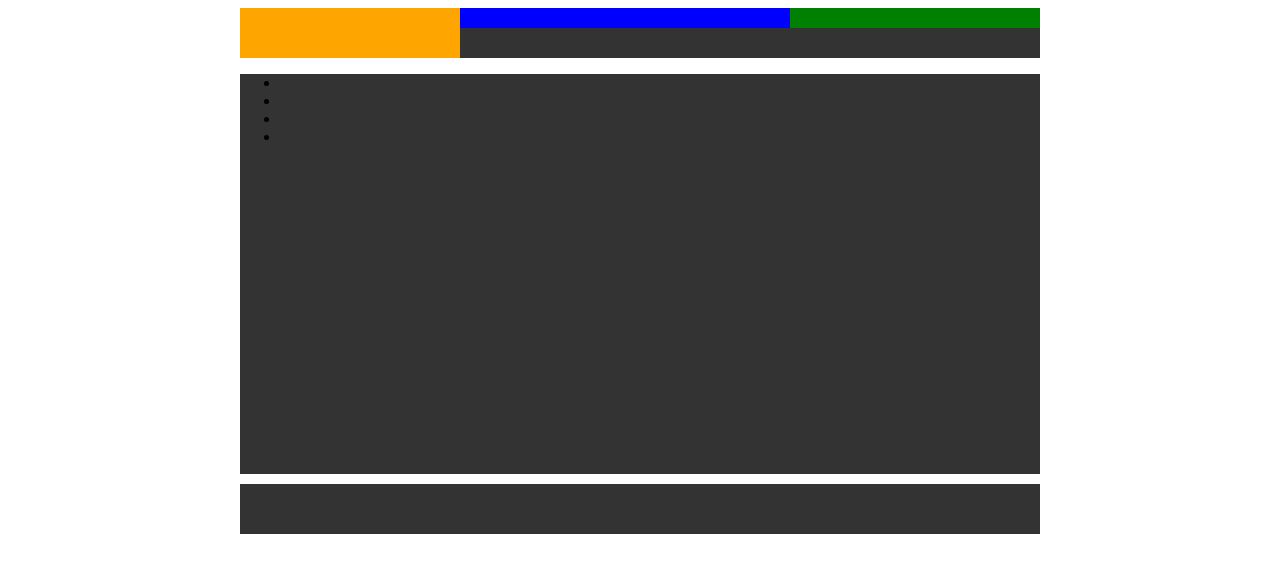
Repository: Tdaine/node
Page: css/code/floatWebLayout.html
An editor plug-in stored every save of this project. The page is shown before and after the next save, followed by the edit.
The browser window is 1280 px wide. The pictures show the whole page.

Above is the page before, as saved 2021-04-28 15:35:40.

### css/code/floatWebLayout.html
<!DOCTYPE html>
<html lang="en">
<head>
  <meta charset="UTF-8">
  <meta http-equiv="X-UA-Compatible" content="IE=edge">
  <meta name="viewport" content="width=device-width, initial-scale=1.0">
  <title>Document</title>
  <style>
    header{
      width: 800px;
      height: 50px;
      margin: 0 auto;
      background-color: #333;
    }
    .content{
      width: 800px;
      height: 400px;
      margin: 10px auto;
      background-color: #333;
    }
    footer{
      width: 800px;
      height: 50px;
      margin: 0 auto;
      background-color: #333;
    }
    header .logo{
      width: 220px;
      height: 50px;
      float: left;
      background-color: orange;
    }
    header .login{
      width: 250px;
      height: 20px;
      float: right;
      background-color: green;
    }
    nav{
      width: 330px;
      height: 20px;
      float: right;
      background-color: blue;
    }
  </style>
</head>
<body>
  <header>
    <div class="logo"></div>
    <div class="login"></div>
    <nav></nav>
  </header>
  <section class="content">
    <aside class="ad"></aside>
    <main>
      <div class="banner"></div>
      <div class="pics">
        <ul>
          <li></li>
          <li></li>
          <li></li>
          <li></li>
        </ul>
      </div>
    </main>
  </section>
  <footer>

  </footer>
</body>
</html>

After the next save:
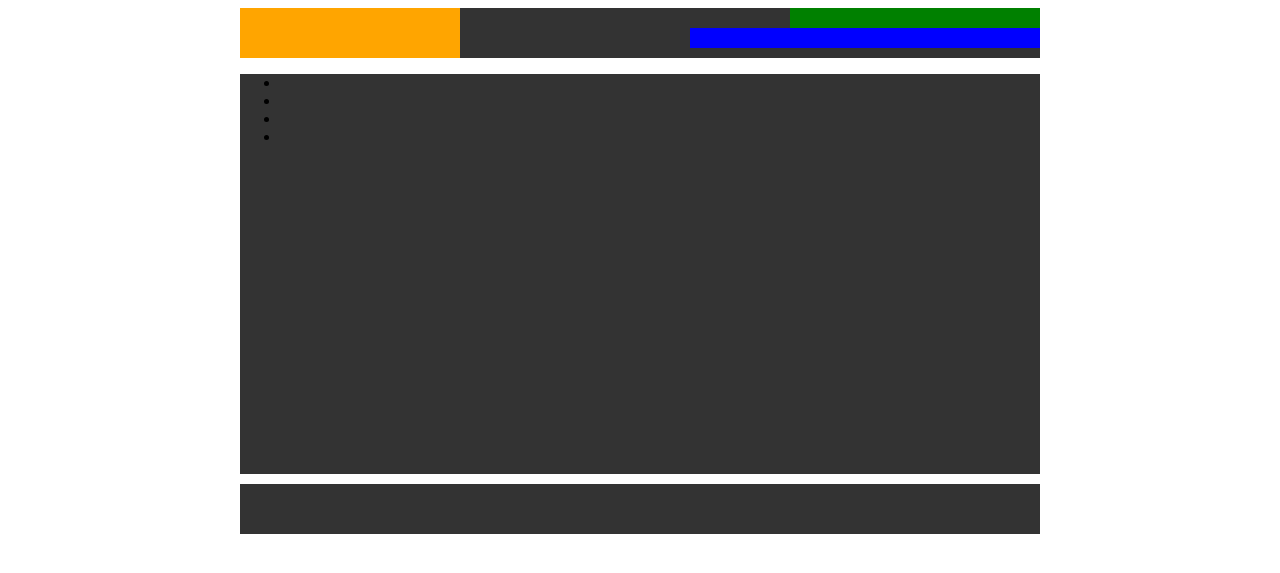
Saved 10 s later.
--- a/css/code/floatWebLayout.html
+++ b/css/code/floatWebLayout.html
@@ -37,7 +37,7 @@
       background-color: green;
     }
     nav{
-      width: 330px;
+      width: 350px;
       height: 20px;
       float: right;
       background-color: blue;
